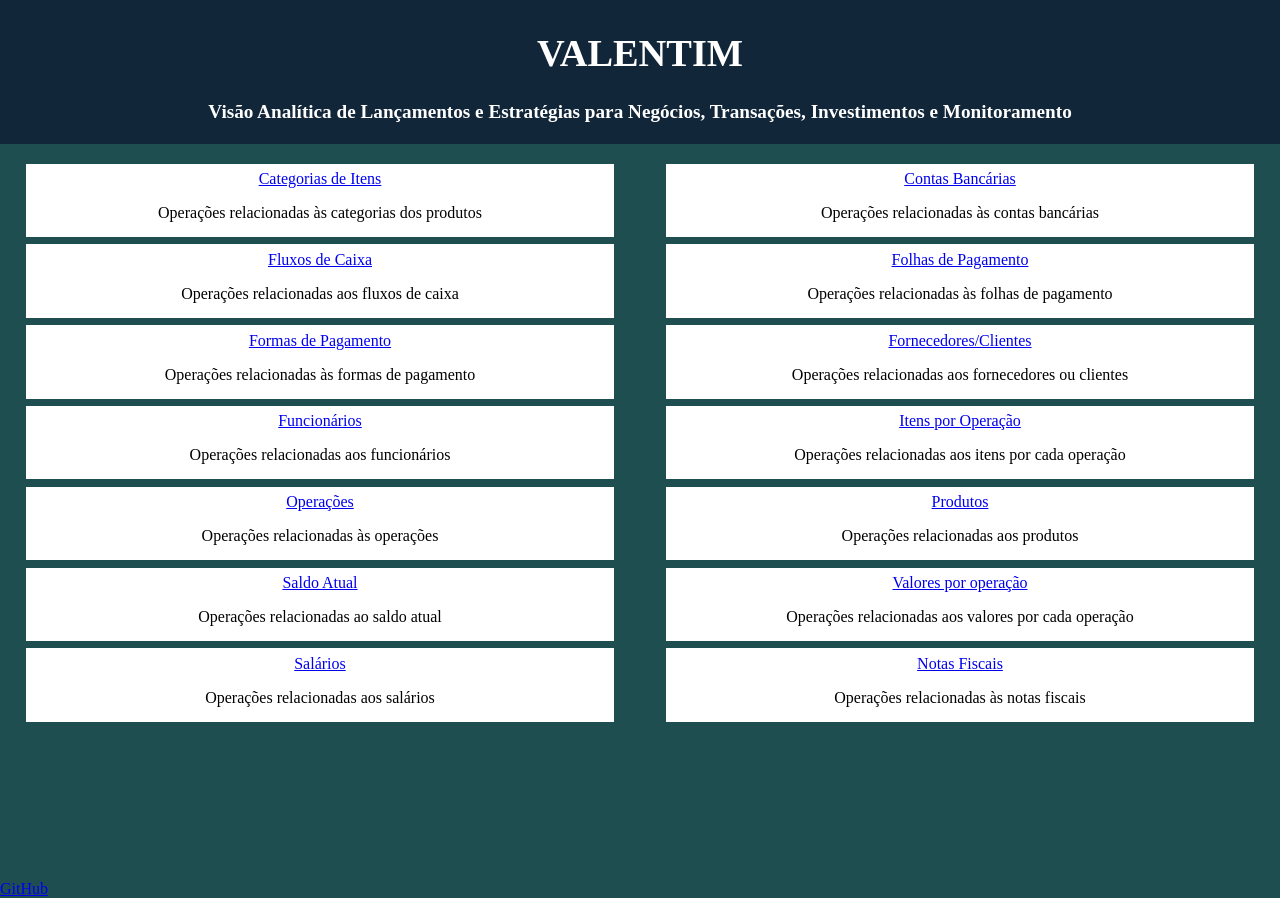
Repository: Matheus-Lacerda009/ERP-Financeiro
Page: Front/menu/menu.html
These files come from the project's save history. The page is drawn as it stood at one moment and after the next save; the edit follows.
The browser window is 1280 px wide. The pictures show the whole page.

Above is the page before, as saved 2026-07-13 18:57:04.

### Front/menu/menu.html
<!DOCTYPE html>
<html lang="en">
<head>
    <meta charset="UTF-8">
    <meta name="viewport" content="wclassth=device-wclassth, initial-scale=1.0">
    <link rel="stylesheet" href="menu.css">
    <title>Document</title>
</head>
<body>
    <header>
        <h1>VALENTIM</h1>
        <h2>Visão Analítica de Lançamentos e Estratégias para Negócios, Transações, Investimentos e Monitoramento</h2>
    </header>
    <main>
        <div id="espaço"></div>
        <div class="container">
            <div class="divEntidades">
                <a href="../categoria_item/categoria_item.html">Categorias de Itens</a>
                <p>Operações relacionadas às categorias dos produtos</p>
            </div>
            <div class="divEntidades">
                <a href="../conta_bancaria/conta_bancaria.html">Contas Bancárias</a>
                <p>Operações relacionadas às contas bancárias</p>
            </div>
            <div class="divEntidades">
                <a href="../fluxo_caixa/fluxo_caixa.html">Fluxos de Caixa</a>
                <p>Operações relacionadas aos fluxos de caixa</p>
            </div>
            <div class="divEntidades">
                <a href="../folha_pagamento/folha_pagamento.html">Folhas de Pagamento</a>
                <p>Operações relacionadas às folhas de pagamento</p>
            </div>
            <div class="divEntidades">
                <a href="../forma_pagamento/forma_pagamento.html">Formas de Pagamento</a>
                <p>Operações relacionadas às formas de pagamento</p>
            </div>
            <div class="divEntidades">
                <a href="../fornecedor_cliente/fornecedor_cliente.html">Fornecedores/Clientes</a>
                <p>Operações relacionadas aos fornecedores ou clientes</p>
            </div>
            <div class="divEntidades">
                <a href="../funcionario/funcionario.html">Funcionários</a>
                <p>Operações relacionadas aos funcionários</p>
            </div>
            <div class="divEntidades">
                <a href="../itens_operacao/itens_operacao.html">Itens por Operação</a>
                <p>Operações relacionadas aos itens por cada operação</p>
            </div>
            <div class="divEntidades">
                <a href="../operacao/operacao.html">Operações</a>
                <p>Operações relacionadas às operações</p>
            </div>
            <div class="divEntidades">
                <a href="../produtos/produtos.html">Produtos</a>
                <p>Operações relacionadas aos produtos</p>
            </div>
            <div class="divEntidades">
                <a href="../saldoAtual/saldoAtual.html">Saldo Atual</a>
                <p>Operações relacionadas ao saldo atual</p>
            </div>
            <div class="divEntidades">
                <a href="../valor_pVenda/valor_pVenda.html">Valores por operação</a>
                <p>Operações relacionadas aos valores por cada operação</p>
            </div>
            <div class="divEntidades">
                <a href="../valor_salario/valor_salario.html">Salários</a>
                <p>Operações relacionadas aos salários</p>
            </div>
            <div class="divEntidades">
                <a href="../notaFiscal/nota_fiscal.html">Notas Fiscais</a>
                <p>Operações relacionadas às notas fiscais</p>
            </div>
        </div>
    </main>
    <footer>
        <a href="https://github.com/Matheus-Lacerda009/ERP-Financeiro.git">GitHub</a>
    </footer>
</body>
</html>

### Front/menu/menu.css
header{
    position: fixed;
    top: 0;
    left: 0;
    width: 100%;
    height: 20%;
    background-color: #12263A;
    z-index: 1;
    text-align: center;
    align-content: center;
}

header, h1{
    font-size: 300%;
    color: white;
    font-size: 3vw;
}

header, h2{
    color: white;
    font-size: 1.5vw;
}

body{
    margin: 0;
    padding: 0;
    background-color: #1f4e50;
}

.container{
    margin-top: 12.5%;
    height: 100vh;
    width: 100%;
    box-sizing: border-box;
    display: grid;
    grid-template-columns: repeat(2, 7fr);
    align-content: start;
}

.divEntidades{
    height: 75%;
    width: 90%;
    background-color: white;
    text-align: center;
    padding: 1%;
    margin: auto;
}

After the next save:
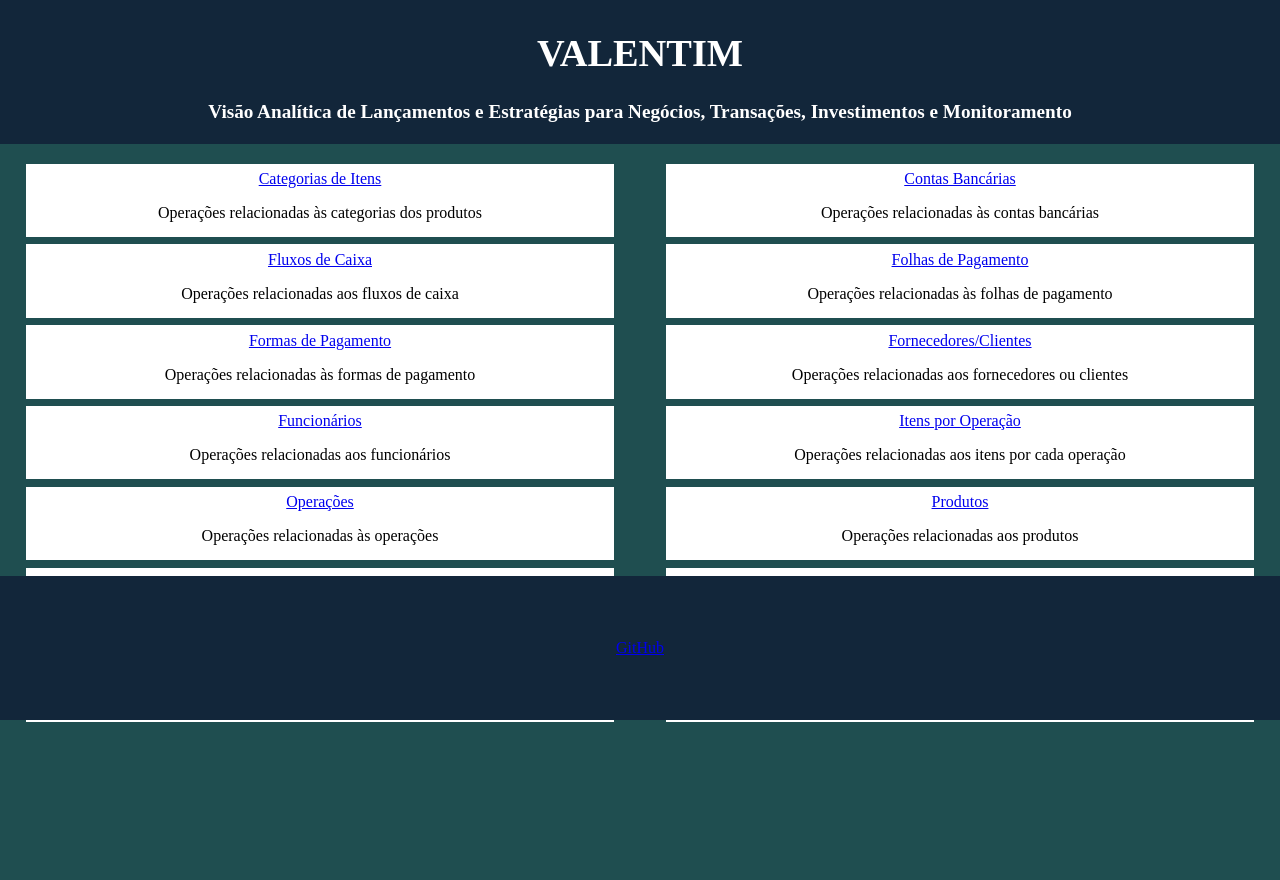
Saved 15 s later.
--- a/Front/menu/menu.css
+++ b/Front/menu/menu.css
@@ -6,6 +6,17 @@ header{
     height: 20%;
     background-color: #12263A;
     z-index: 1;
+    text-align: center;
+    align-content: center;
+}
+
+footer{
+    position: fixed;
+    bottom: 0;
+    left: 0;
+    width: 100%;
+    height: 20%;
+    background-color: #12263A;
     text-align: center;
     align-content: center;
 }
